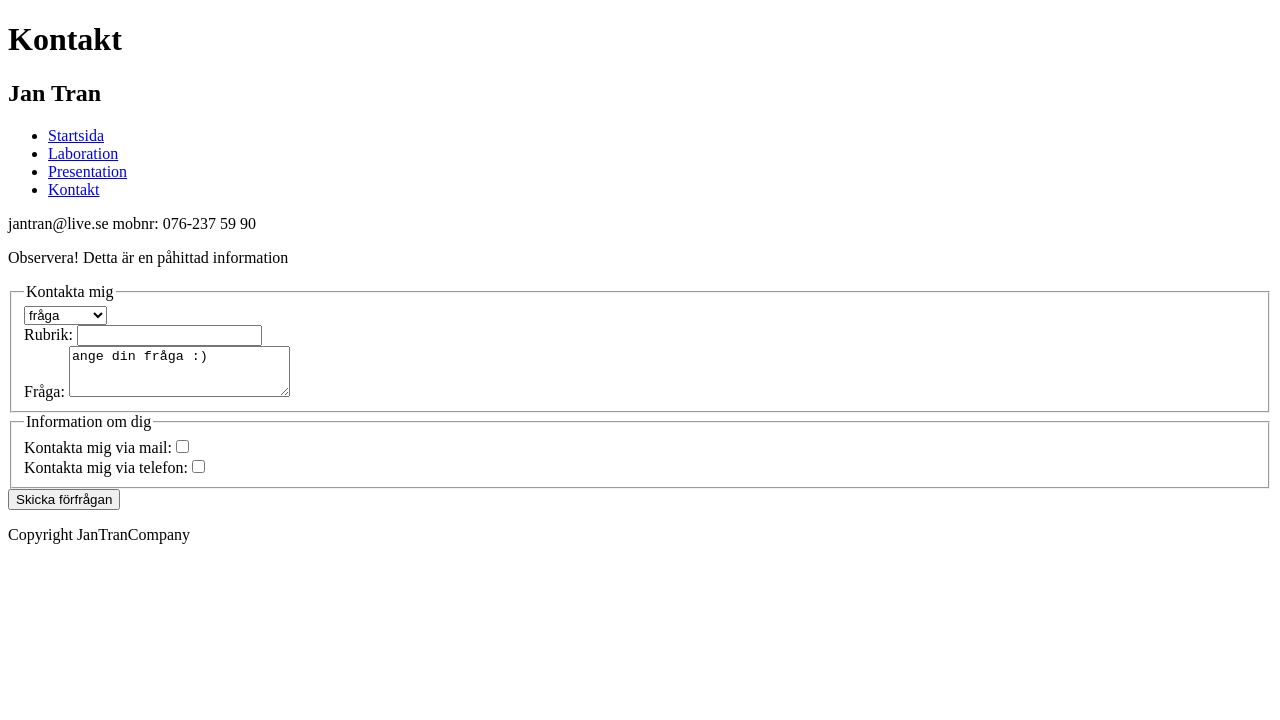
Repository: jt222ic/1ik415-jt222ic-lab-1
Page: pages/kontakt.html
The author's editor kept a record of every edit. The page is drawn from the files as they stood at one moment, then again after the next edit.
The browser window is 1280 px wide. The pictures show the whole page.

Above is the page before.

### pages/kontakt.html
<!DOCTYPE html>
<html lang="sv">
    <head>
        <meta charset= "UTF-8" />
        <title>Leva Livet</title>
        <link rel="stylesheet" href="Csss/style.css" />

    </head>
    <body>

<div id="header">
    <h1>Kontakt</h1>

    <h2>Jan Tran</h2>

</div>

<div id="nav">
<ul>
        <li><a href="../index.html" class="active"> Startsida</a></li>
        <li><a href="laboration.html" class="active">Laboration</a></li>
        <li><a href ="presentation.html" class="active">Presentation</a></li>
        <li><a href ="kontakt.html" class="active">Kontakt</a></li>
</ul>

</div>
<div id="section">
      <p> jantran@live.se mobnr: 076-237 59 90</p>
    <p>Observera! Detta är en påhittad information</p>
    </div>

    <form action="http://voyager.lnu.se/tekinet/kurser/dtt/wp_webbintro/form.php" method="post">


    <div id="cform"><fieldset>
    <legend>Kontakta mig</legend>


<select name="Ärende">
          <option value="fråga">fråga</option>
          <option value="kom hit">kom hit</option>
          <option value="kundtjänst">kundtjänst</option>
          <option value="jan" >Jan</option>
</select>






<br>Rubrik: <input type="text" name="Rubrik">




<br>Fråga: <textarea rows="3" cols="25" name="Fråga">
ange din fråga :)</textarea>


 </fieldset>


    <fieldset>

<legend>Information om dig</legend>



Kontakta mig via mail:<input type="checkbox" name="E-mail" value="">         <br>
Kontakta mig via telefon:<input type="checkbox" name="Telefon" value="">





    </fieldset>




      <input type="submit" value="Skicka förfrågan">

      </form>
      </div>
      </div>
<div id="footer"><p>Copyright JanTranCompany</p>

</div>
</div>
    </body>




</html>

### pages/Csss/style.css
#back
{background-image:url(China.jpg);
    background-repeat:no-repeat;
    background-position: 440px 180px, 0 0;

}

After the next edit:
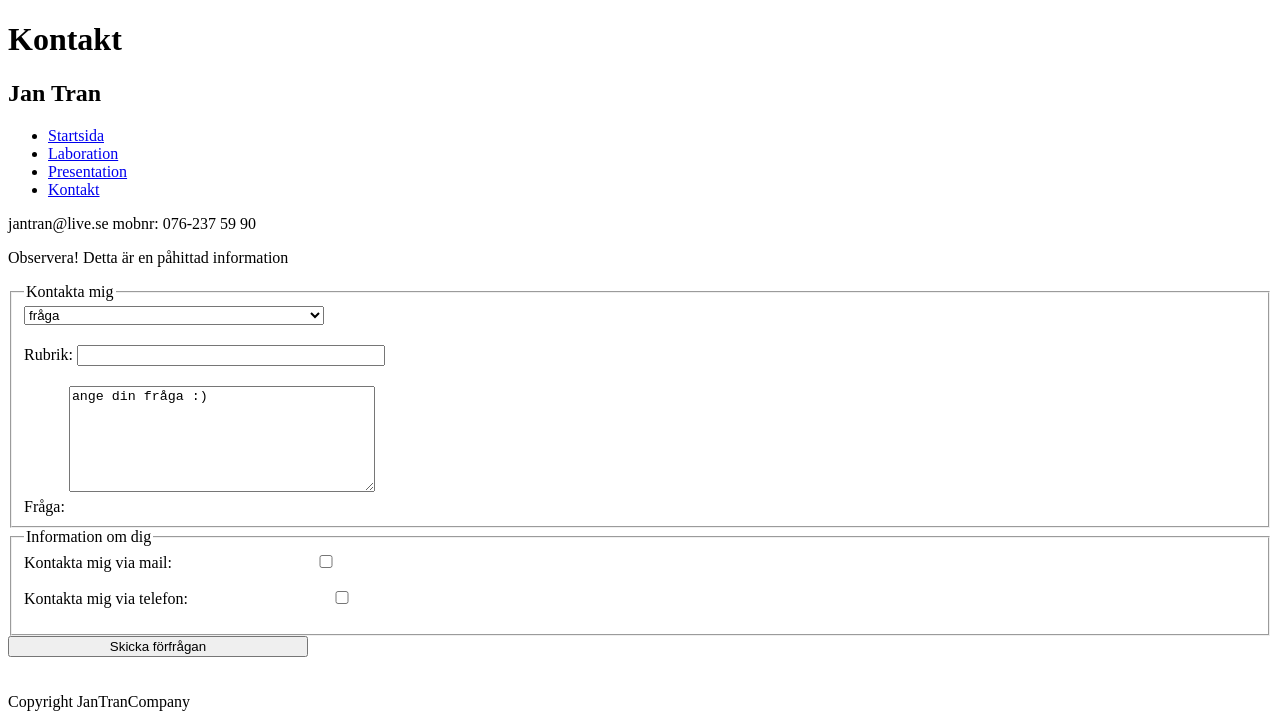
The edit:
--- a/pages/Csss/style.css
+++ b/pages/Csss/style.css
@@ -4,3 +4,12 @@
     background-position: 440px 180px, 0 0;
 
 }
+
+
+#cform input, #cform textarea, #cform select
+{
+width:300px;
+margin-bottom:20px;
+}
+#cform textarea { height:100px; }
+#cform .checkbox { width:auto; }
